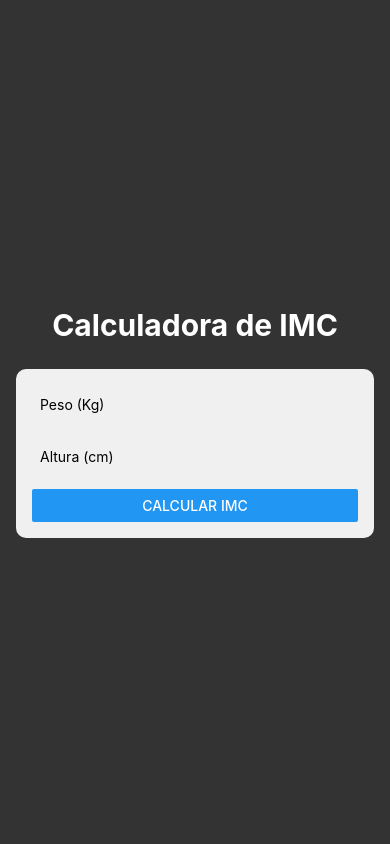
Repository: GustaPit/CalculadoraIMCpam
Screen: /
An editor plug-in stored every save of this project. The screen is shown before and after the next save, followed by the edit.
The app was drawn by React Native's web renderer in a window 390 px wide. The project was rebuilt for these pictures with package versions that can differ from the ones it lists, and the page was loaded fresh each time. Some packages were replaced by stand-ins written for this rebuild. Also part of the build but not shown: src/components/Result.js.

Above is the screen before, as saved 2025-04-04 12:05:09.

After the next save:
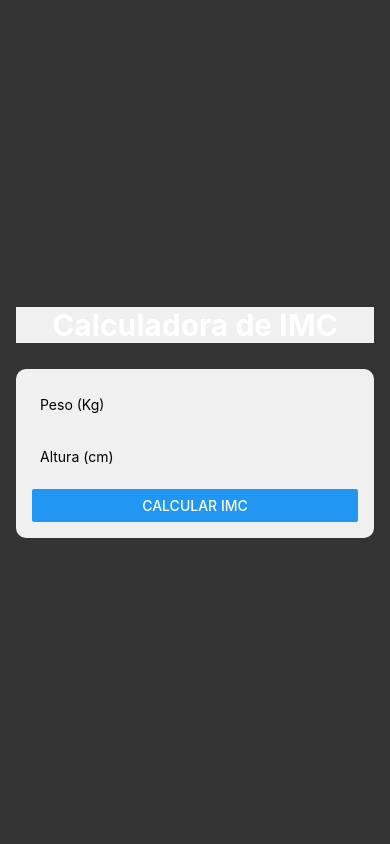
Saved 40 s later.
--- a/src/components/Title.js
+++ b/src/components/Title.js
@@ -13,6 +13,7 @@ const styles = StyleSheet.create({
     textAlign: 'center',
     marginBottom: 26,
     color: '#fff',
+    backgroundColor: '#f0f0f0',
   },
 });
 
